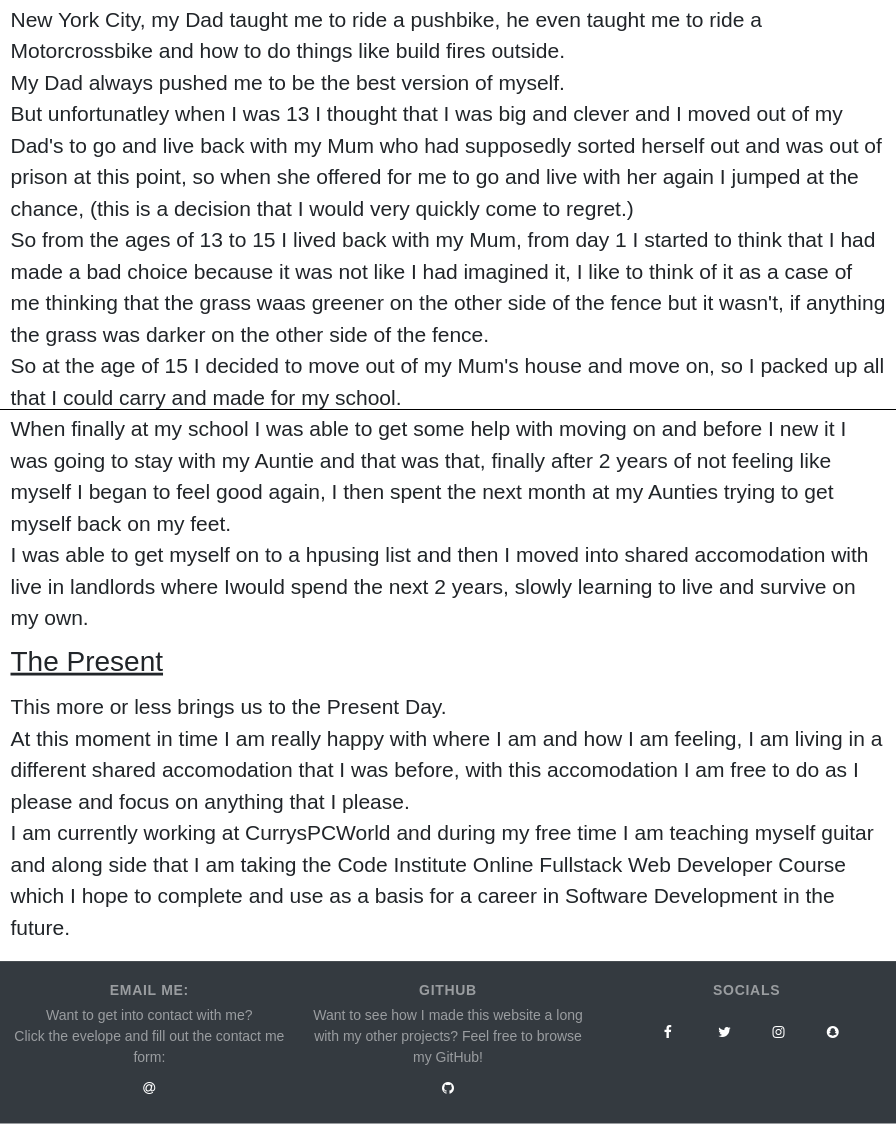
Repository: Code-Institute-Submissions/user-centric-frontend-dev-milestone-project
Page: story.html
The author's editor kept a record of every edit. The page is drawn from the files as they stood at one moment, then again after the next edit.
The browser window is 1280 px wide. The pictures show the part of the page from y = 2320 to 4240 px (the page is 3925 px tall before and 4240 px after), at 70% of full size.
Some web fonts or font styles are not loaded; a fallback is used.

Above is the page before.

After the next edit:
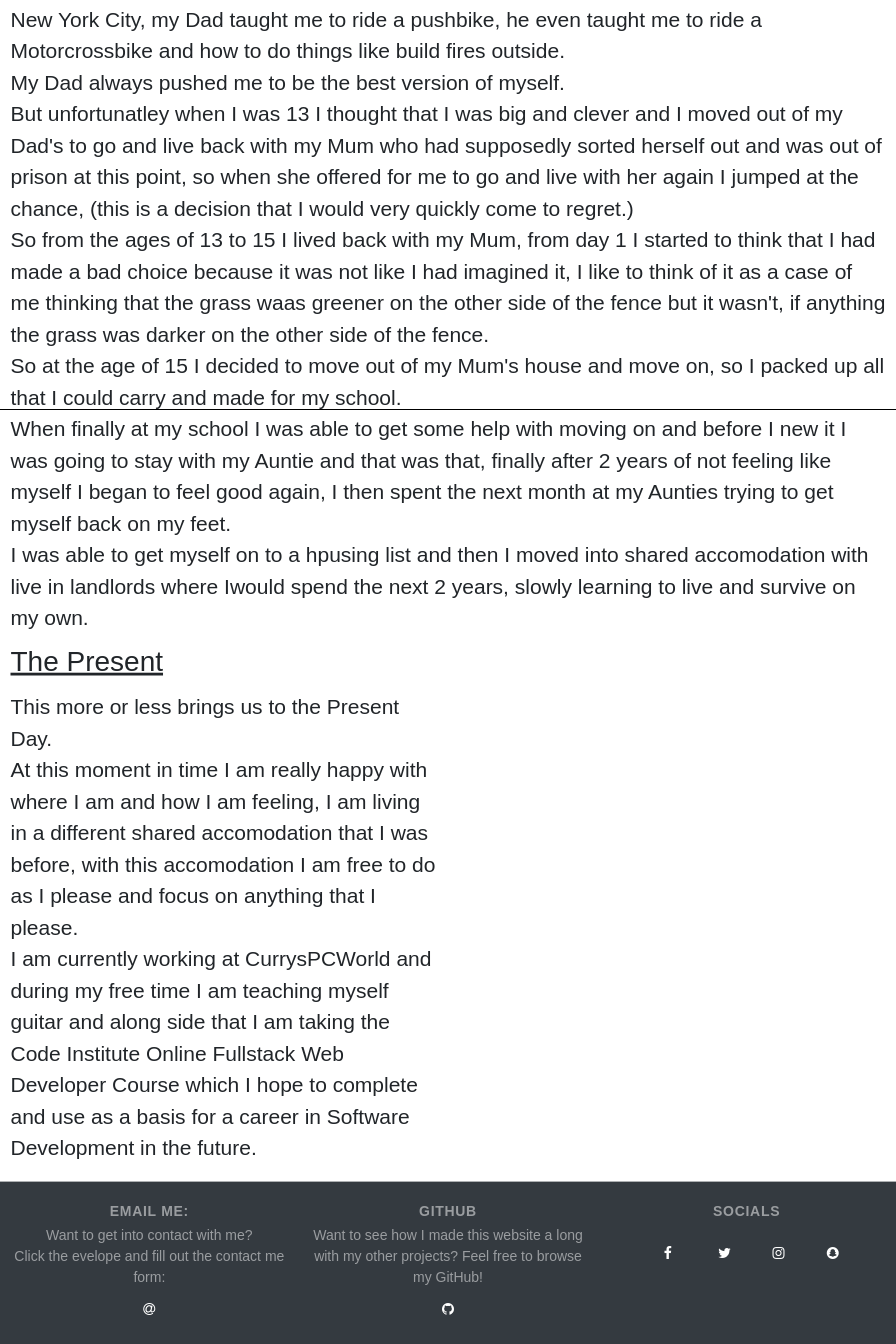
The edit:
--- a/story.html
+++ b/story.html
@@ -91,7 +91,7 @@
                             own.
                         </p>
                     </div>
-                    <div class="col-12">
+                    <div class="col-12 col-md-6">
                         <h3 class="present-subheading">The Present</h3>
                         <p class="story-paragraphs">
                             This more or less brings us to the Present Day.<br>
